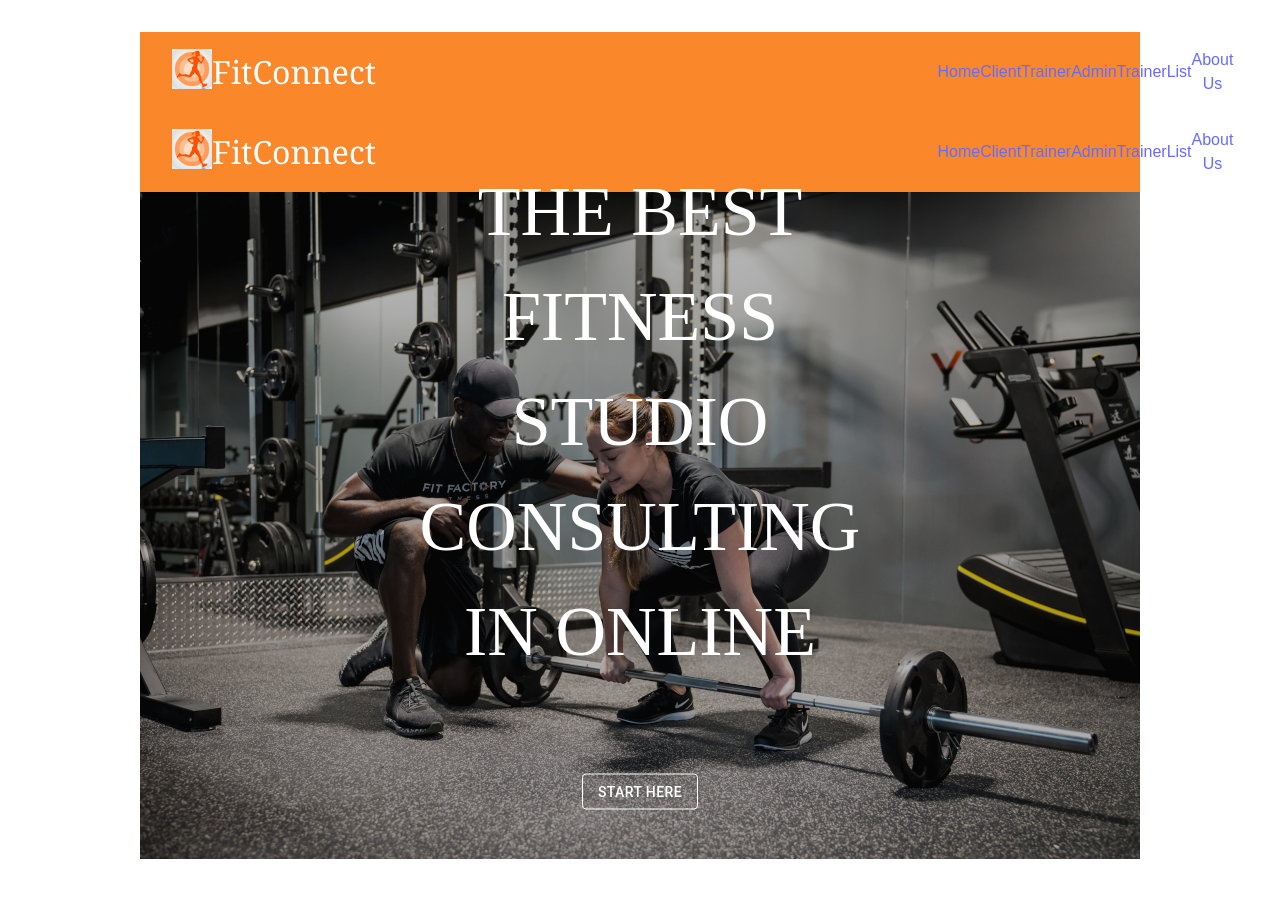
Repository: sarathraj2002/fitconnect
Page: / (app in Frontend/)
The author's editor kept a copy of each file at every save. The page is drawn from the files as they stood at one save, then again after a run of saves.
The browser window is 1280 px wide. The pictures show the whole page.
The project was rebuilt for these pictures with package versions that can differ from the ones it lists, and the page was loaded fresh each time. Also part of the build but not shown: Frontend/vite.config.js, Frontend/src/components/ClientPage.jsx, Frontend/src/components/TrainerPage.jsx, Frontend/src/components/AdminPage.jsx, Frontend/src/components/TrainerListPage.jsx, Frontend/src/components/AboutUs.jsx.

Above is the page before, as saved 2024-11-08 22:01:45.

After the next 2 saves:
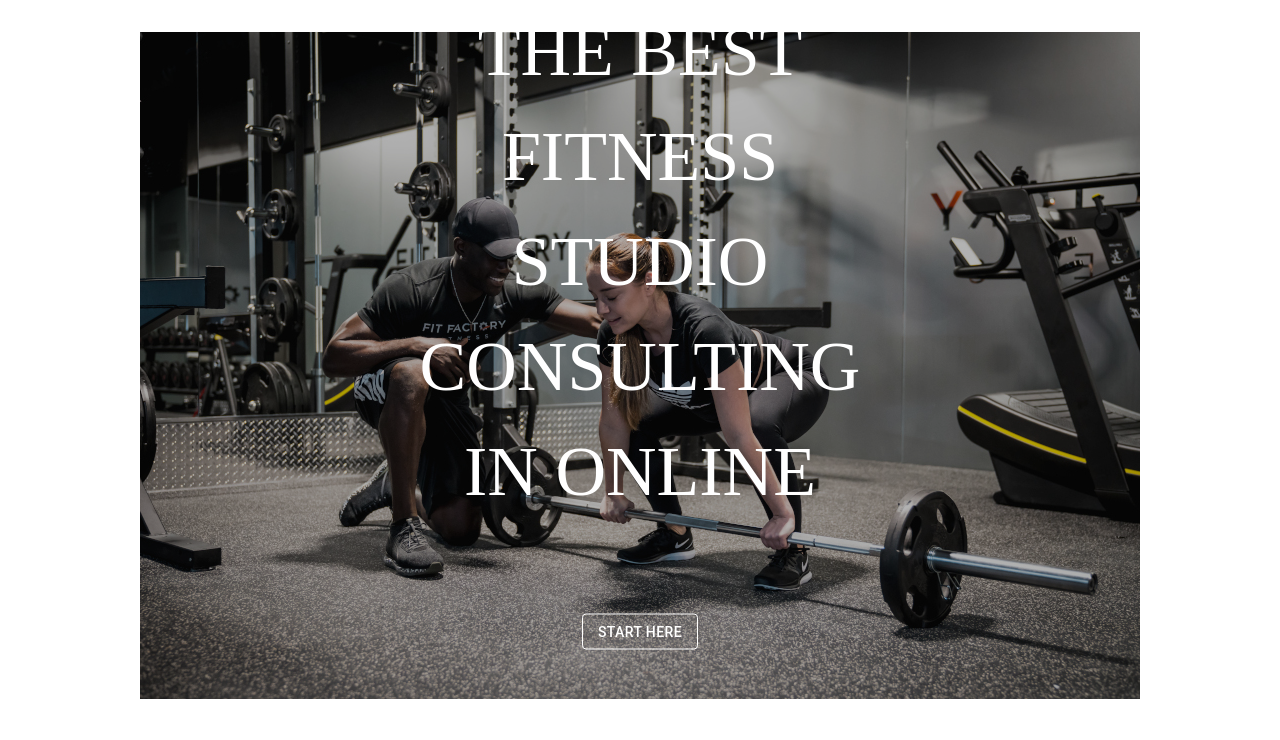
The 2 saves are shown as one change because they came seconds apart.
The last was saved 6 s later.
--- a/Frontend/src/components/Navbar.css
+++ b/Frontend/src/components/Navbar.css
@@ -21,7 +21,7 @@
     background-color: #fa8729;
     padding: 1rem 2rem;
     color: white;
-    position: relative;
+    position: absolute;
   }
 
   .navbar-logo img {

After the save that followed:
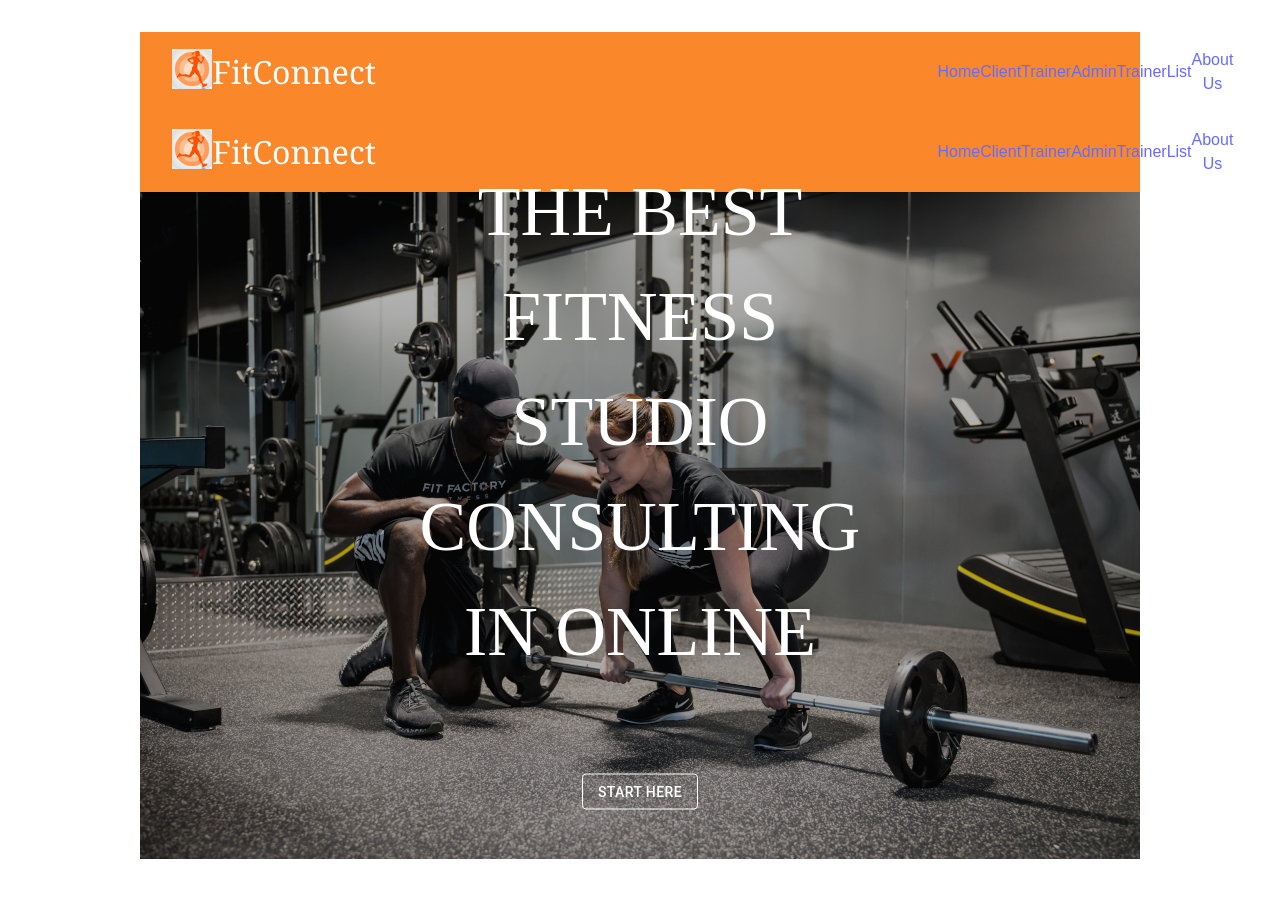
Saved 8 s later.
--- a/Frontend/src/components/Navbar.css
+++ b/Frontend/src/components/Navbar.css
@@ -21,7 +21,7 @@
     background-color: #fa8729;
     padding: 1rem 2rem;
     color: white;
-    position: absolute;
+    position: relative;
   }
 
   .navbar-logo img {
